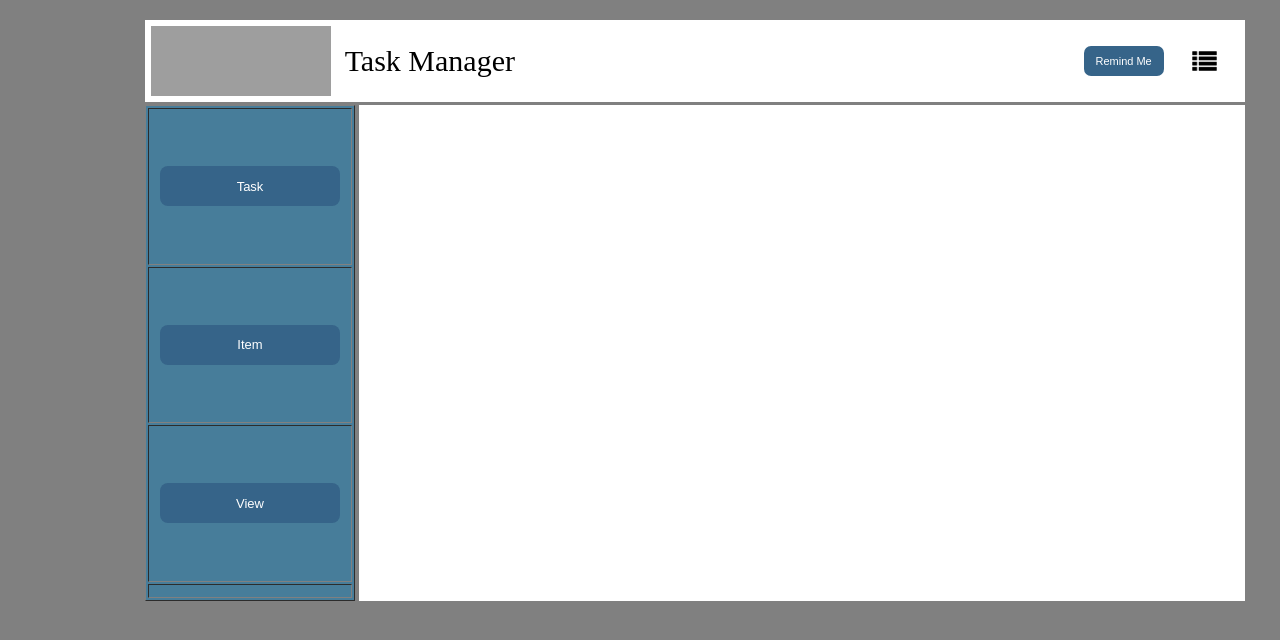
Repository: SnehaSalvi/TaskManagerProject
Page: http://localhost/TaskManagerChecklist/Home.jsp
The author's editor kept a copy of each file at every save. The page is drawn from the files as they stood at one save, then again after the next save.
The browser window is 1280 px wide. The pictures show the whole page.
Pictures or frames that could not be fetched are drawn as grey boxes. The page is served by Tomcat 9.

Above is the page before, as saved 2016-10-13 11:05:45.

After the next save:
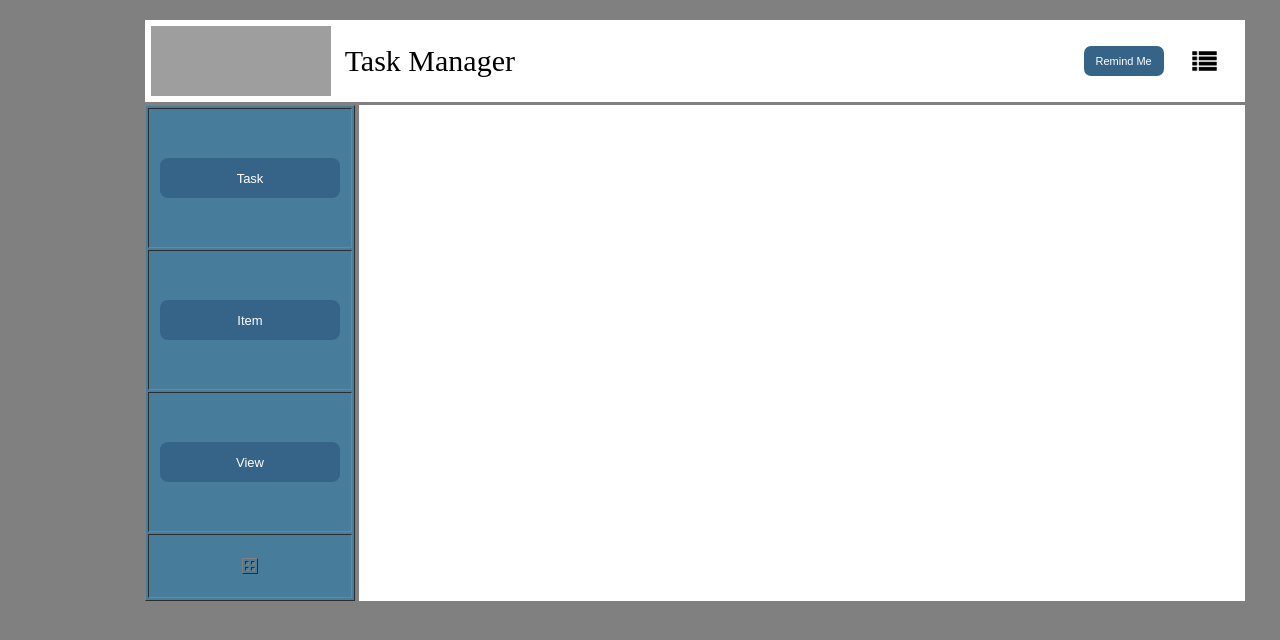
Saved 4 min 4 s later.
--- a/TaskManagerChecklist/WebContent/Home.jsp
+++ b/TaskManagerChecklist/WebContent/Home.jsp
@@ -49,6 +49,20 @@ Task Manager
 </tr>
 <tr>
 <td rowspan="7" align="center">
+<table border="1">
+<tr>
+<td>
+</td>
+<td>
+</td>
+</tr>
+<tr>
+<td>
+</td>
+<td>
+</td>
+</tr>
+</table>
 </td>
 </tr>
 </table>
